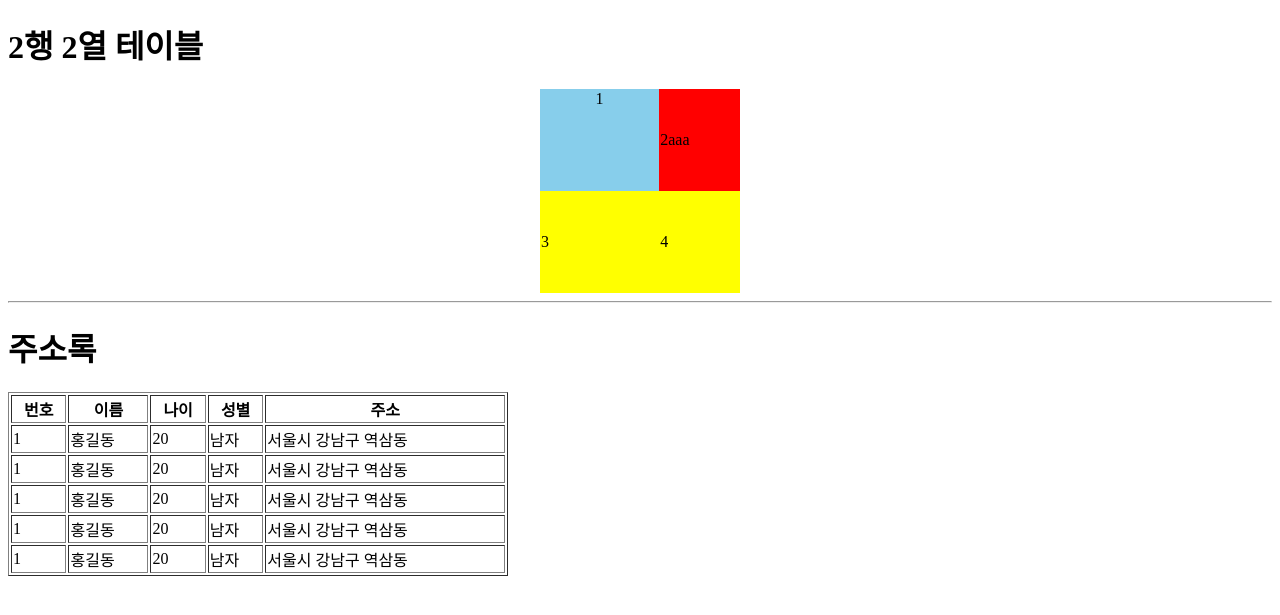
Repository: ssj5037/Class-Study
Page: [5] HTML, CSS, JavaScript/ClientTest/WebContent/Ex14_table.html
An editor plug-in stored every save of this project. The page is shown before and after the next save, followed by the edit.
The browser window is 1280 px wide. The pictures show the whole page.

Above is the page before, as saved 2020-06-19 07:35:37.

### [5] HTML, CSS, JavaScript/ClientTest/WebContent/Ex14_table.html
<!DOCTYPE html>
<html>
<head>
<meta charset="UTF-8">
<title>Insert title here</title>
</head>
<body>
	<!--

		Ex14_table.html

		<table>, 표
		- 표 만들 때 사용
		- 레이아웃 만들 때 사용 -> 잘 안씀 -> <div> + CSS 사용

		1. <table>
			- 큰 상자
			- 전체 컨테이너
		2. <tr>, table row
			- 중간 상자
			- 행 역할
		3. <td>, table data
			- 작은 상자
			- 셀 역할
			- 테이블의 데이터는 <td>가 가진다.
		4. <th>, table header
			- 작은 상자
			- 셀 역할
			- 헤더의 셀 역할(제목 역할)

	 -->

	 <h1>2행 2열 테이블</h1>

	 <table border="0" width="200" height="200" bgcolor="yellow" cellspacing="0" align="center" valign="center">
	 	<tr bgcolor = "red">
	 		<td width="120" height="100" bgcolor="skyblue" align="center" valign="top">1</td>
	 		<td width="80">2aaa</td>
	 	</tr>
	 	<tr>
	 		<td height="100">3</td>
	 		<td>4</td>
	 	</tr>
	 </table>

	 <hr>

	 <h1>주소록</h1>

	 <table border="1" width="500">
	 	<!-- 테이블 헤더 -->
	 	<tr>
	 		<th>번호</th>
	 		<th>이름</th>
	 		<th>나이</th>
	 		<th>성별</th>
	 		<th>주소</th>
	 	</tr>
	 	<tr>
	 		<td>1</td>
	 		<td>홍길동</td>
	 		<td>20</td>
	 		<td>남자</td>
	 		<td>서울시 강남구 역삼동</td>
	 	</tr>
	 	<tr>
	 		<td>1</td>
	 		<td>홍길동</td>
	 		<td>20</td>
	 		<td>남자</td>
	 		<td>서울시 강남구 역삼동</td>
	 	</tr>
	 	<tr>
	 		<td>1</td>
	 		<td>홍길동</td>
	 		<td>20</td>
	 		<td>남자</td>
	 		<td>서울시 강남구 역삼동</td>
	 	</tr>
	 	<tr>
	 		<td>1</td>
	 		<td>홍길동</td>
	 		<td>20</td>
	 		<td>남자</td>
	 		<td>서울시 강남구 역삼동</td>
	 	</tr>
	 	<tr>
	 		<td>1</td>
	 		<td>홍길동</td>
	 		<td>20</td>
	 		<td>남자</td>
	 		<td>서울시 강남구 역삼동</td>
	 	</tr>
	 </table>


</body>
</html>

After the next save:
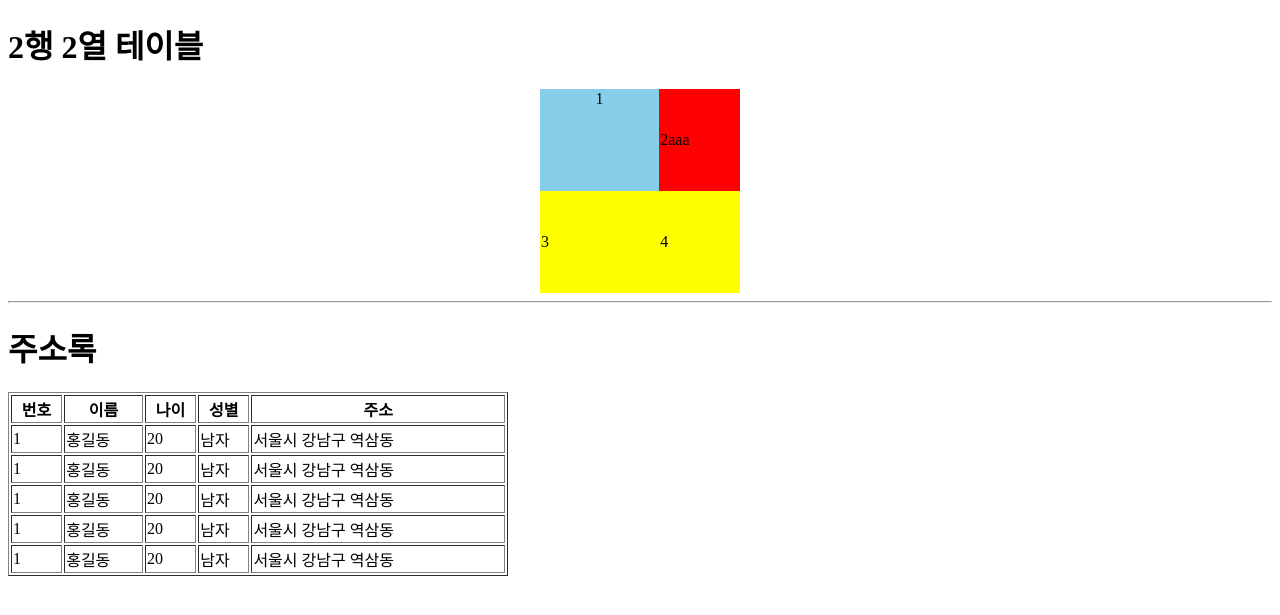
Saved 64 s later.
--- a/[5] HTML, CSS, JavaScript/ClientTest/WebContent/Ex14_table.html
+++ b/[5] HTML, CSS, JavaScript/ClientTest/WebContent/Ex14_table.html
@@ -50,11 +50,11 @@
 	 <table border="1" width="500">
 	 	<!-- 테이블 헤더 -->
 	 	<tr>
-	 		<th>번호</th>
-	 		<th>이름</th>
-	 		<th>나이</th>
-	 		<th>성별</th>
-	 		<th>주소</th>
+	 		<th width="50">번호</th>
+	 		<th width="80">이름</th>
+	 		<th width="50">나이</th>
+	 		<th width="50">성별</th>
+	 		<th width="270">주소</th>
 	 	</tr>
 	 	<tr>
 	 		<td>1</td>
